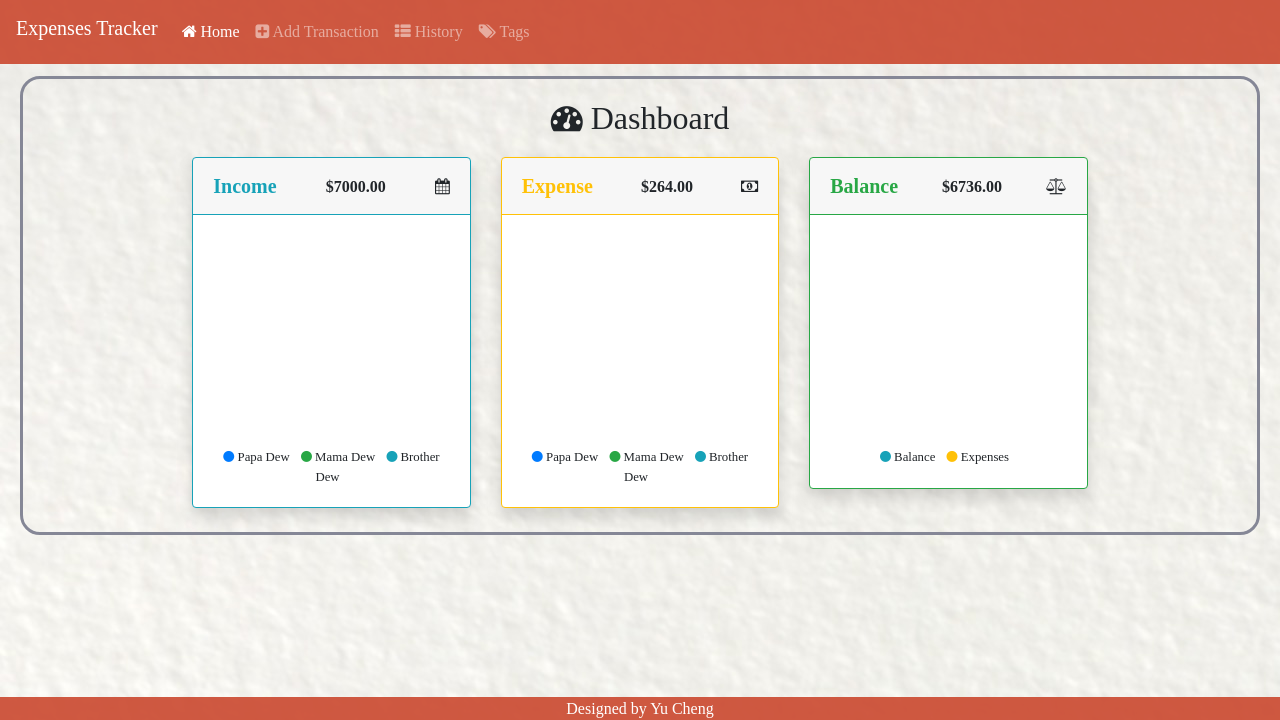
Repository: yucheng91/CI3-expenses-manager
Page: http://localhost/home
The author's editor kept a record of every edit. The page is drawn from the files as they stood at one moment, then again after the next edit.
The browser window is 1280 px wide. The pictures show the whole page.
Some web fonts or font styles are not loaded; a fallback is used. Some web libraries are served in a nearby version. The page is served by the project's application, run on Flask 3 (app.py). The database holds what the project's SQL file puts in it.

Above is the page before.
Console error: ReferenceError: None is not defined

After the next edit:
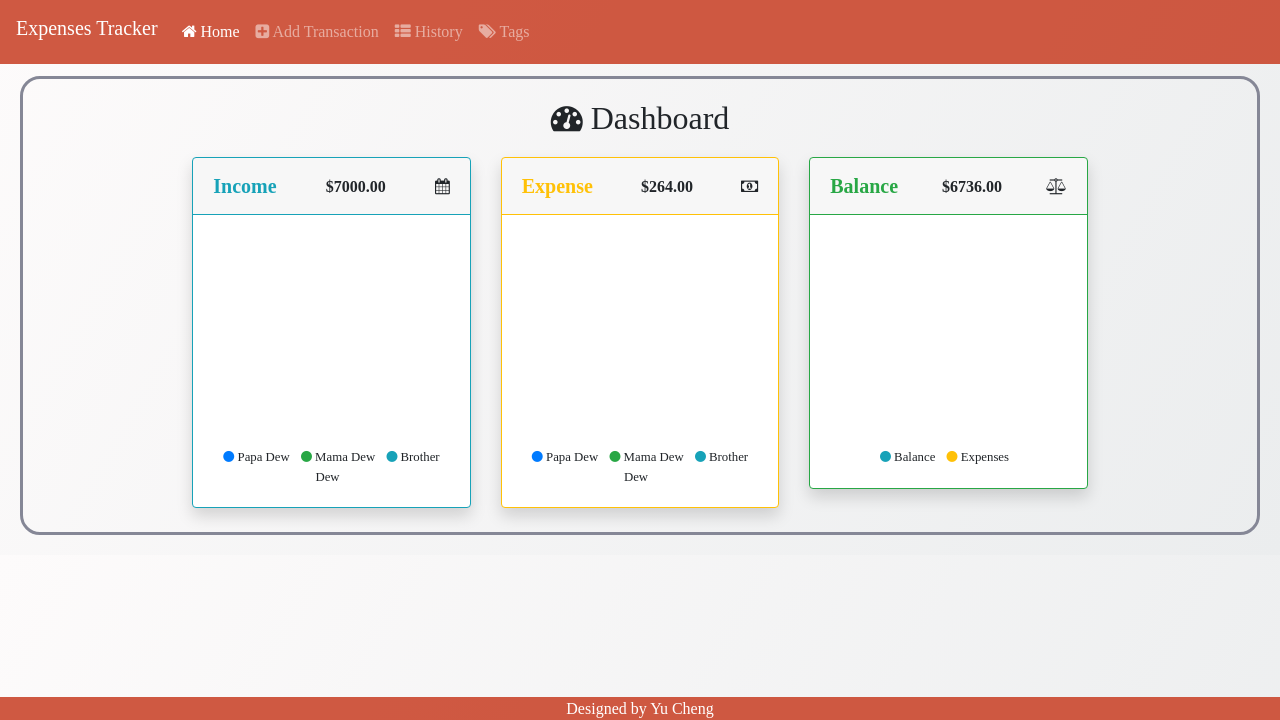
The edit:
--- a/static/css/style.css
+++ b/static/css/style.css
@@ -1,5 +1,6 @@
 body {
-    background-image: url("../images/paper.jpg");
+    /*background-image: url("../images/paper.jpg");*/
+    background-image: linear-gradient(120deg, #fdfbfb 0%, #ebedee 100%);
     font-family: 'Gaegu', cursive;
 }
 
